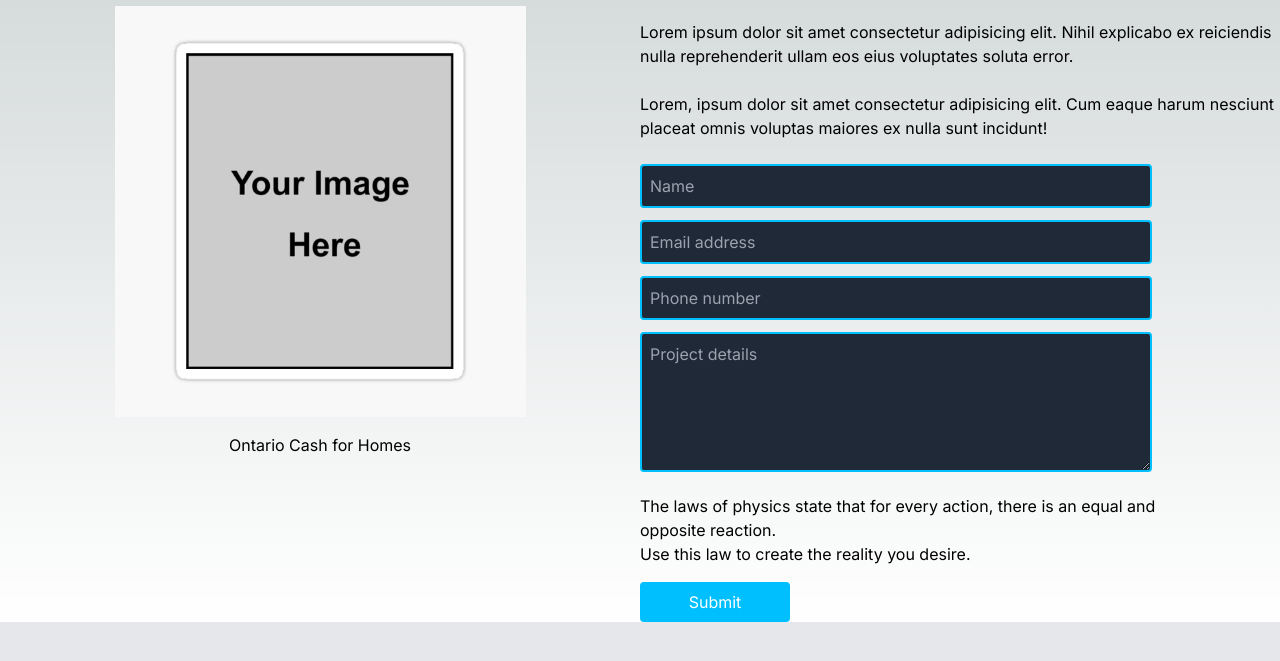
Repository: TMuse333/cash-for-homes
Page: /jv-partners (app in frontend/)
An editor plug-in stored every save of this project. The page is shown before and after a run of saves, followed by the edit.
The browser window is 1280 px wide. The pictures show the whole page.
The project was rebuilt for these pictures with package versions that can differ from the ones it lists, and the page was loaded fresh each time. The framework's server and built-in components were replaced by stand-ins that run in the browser. Also part of the build but not shown: frontend/next.config.mjs.

Above is the page before, as saved 2024-08-03 17:24:55.

After the next 2 saves:
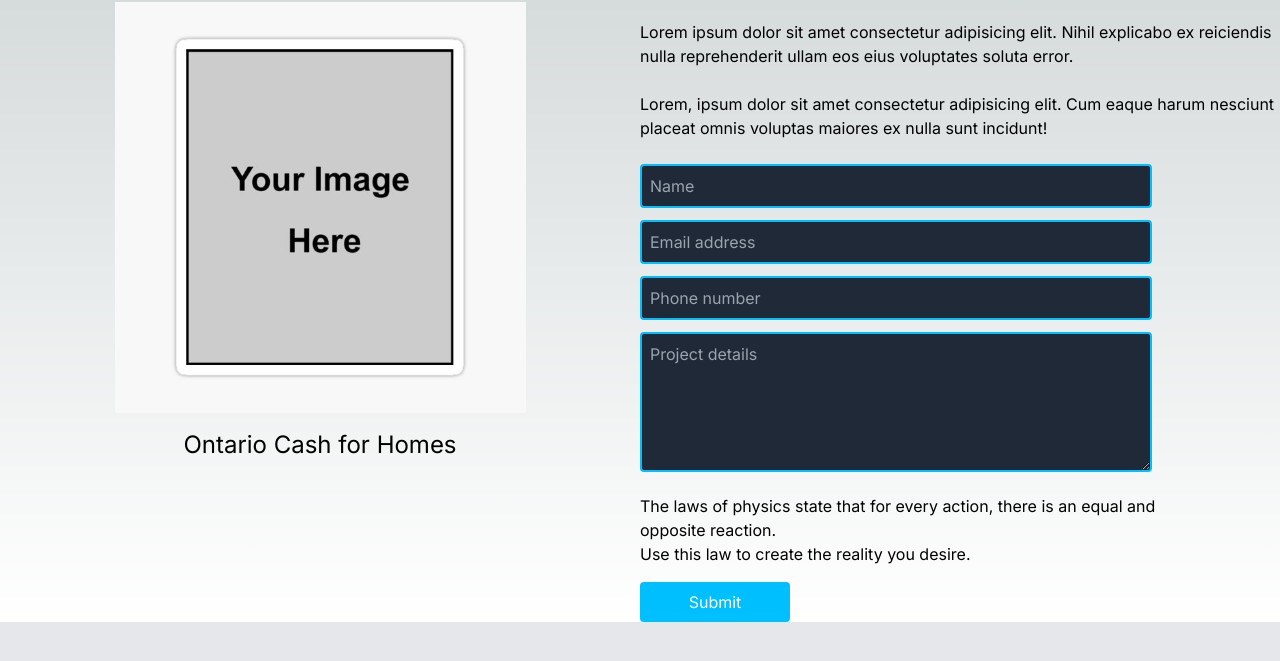
The 2 saves are shown as one change because they came seconds apart.
The last was saved 11 s later.
--- a/frontend/src/components/contactForm.tsx
+++ b/frontend/src/components/contactForm.tsx
@@ -94,7 +94,7 @@ const ContactForm = () => {
                     </motion.li>
                 </ul> */}
                 <p className='ml-auto mr-auto mt-4
-                text-center'>Ontario Cash for Homes</p>
+                text-center text-lg sm:text-2xl'>Ontario Cash for Homes</p>
             </div>
             <div className='w-[90vw] ml-auto mr-auto sm:w-[50vw]'>
                 <Image
